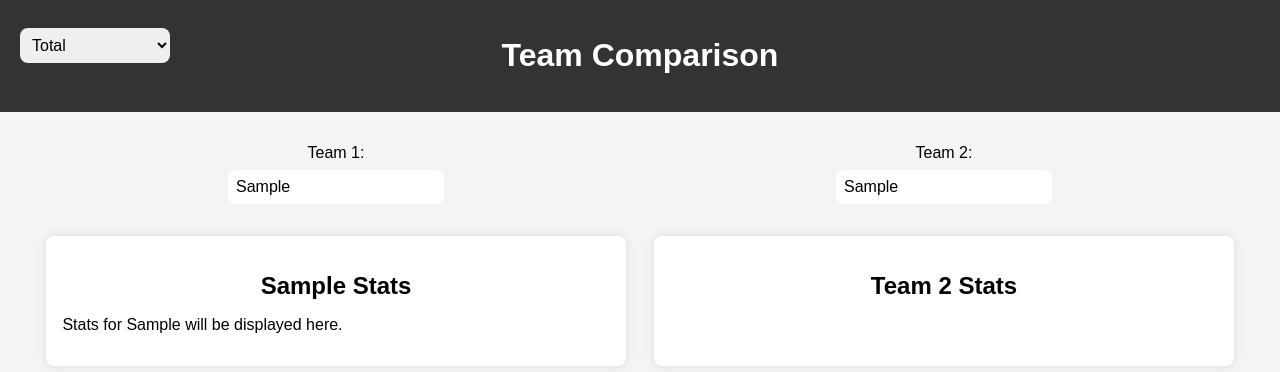
Repository: Enzo-py/dataviz-project-m1
Page: stat_page.html
These files come from the project's save history. The page is drawn as it stood at one moment and after the next save; the edit follows.
The browser window is 1280 px wide. The pictures show the whole page.
Empty fields were first filled with sample values (such as "Sample", 5 or name@example.com).
After loading, the first visible `#team1` was changed once.
Some web fonts or font styles are not loaded; a fallback is used.

Above is the page before, as saved 2024-12-12 15:51:24.

After the next save:
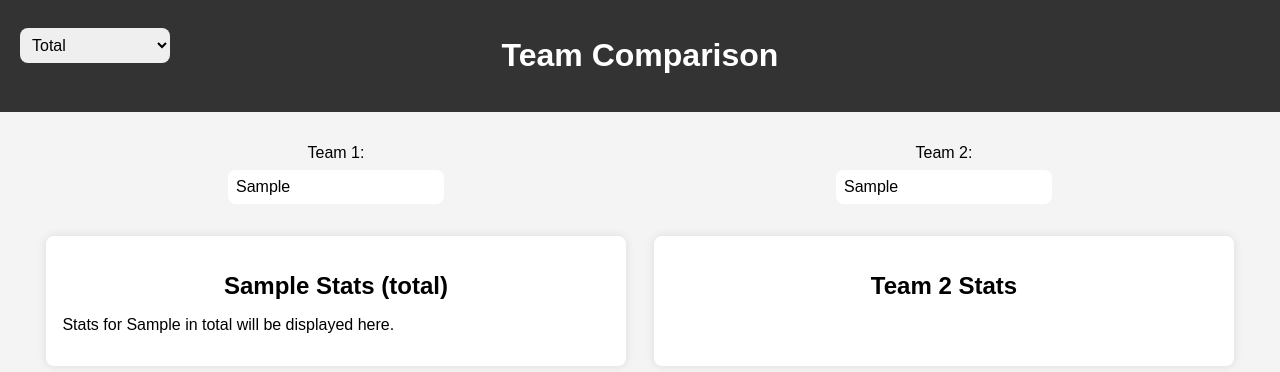
Saved 16 h 49 min later.
--- a/js/stat_page.js
+++ b/js/stat_page.js
@@ -10,17 +10,19 @@ document.addEventListener("DOMContentLoaded", function() {
 
     document.getElementById("team1").addEventListener("change", updateStats);
     document.getElementById("team2").addEventListener("change", updateStats);
+    document.getElementById("season").addEventListener("change", updateStats);
 
     function updateStats() {
         const team1 = document.getElementById("team1").value;
         const team2 = document.getElementById("team2").value;
+        const season = document.getElementById("season").value;
 
         if (team1) {
-            document.getElementById("team1-stats").innerHTML = `<h2>${team1} Stats</h2><p>Stats for ${team1} will be displayed here.</p>`;
+            document.getElementById("team1-stats").innerHTML = `<h2>${team1} Stats (${season})</h2><p>Stats for ${team1} in ${season} will be displayed here.</p>`;
         }
 
         if (team2) {
-            document.getElementById("team2-stats").innerHTML = `<h2>${team2} Stats</h2><p>Stats for ${team2} will be displayed here.</p>`;
+            document.getElementById("team2-stats").innerHTML = `<h2>${team2} Stats (${season})</h2><p>Stats for ${team2} in ${season} will be displayed here.</p>`;
         }
     }
 });
